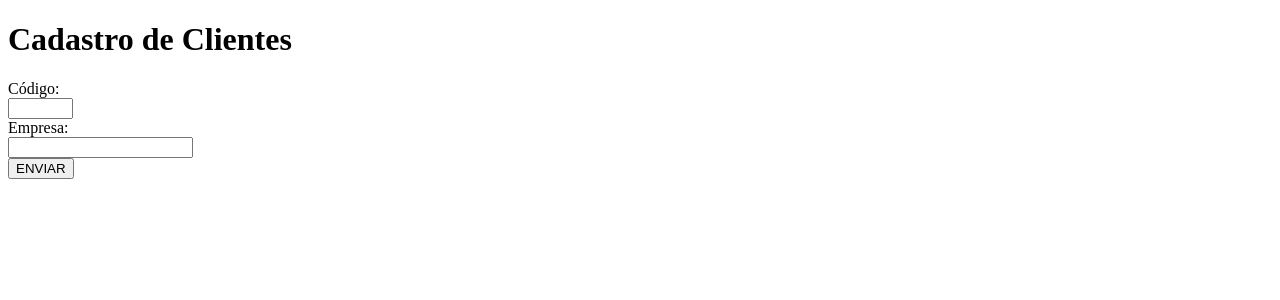
Repository: kelvincarvalho/Desenvolvimento_Java
Page: http://localhost/02_VendasJPA/cadCliente.jsp
These files come from the project's save history. The page is drawn as it stood at one moment and after the next save; the edit follows.
The browser window is 1280 px wide. The pictures show the whole page.
The page is served by Tomcat 9.

Above is the page before, as saved 2017-09-26 17:45:31.

After the next save:
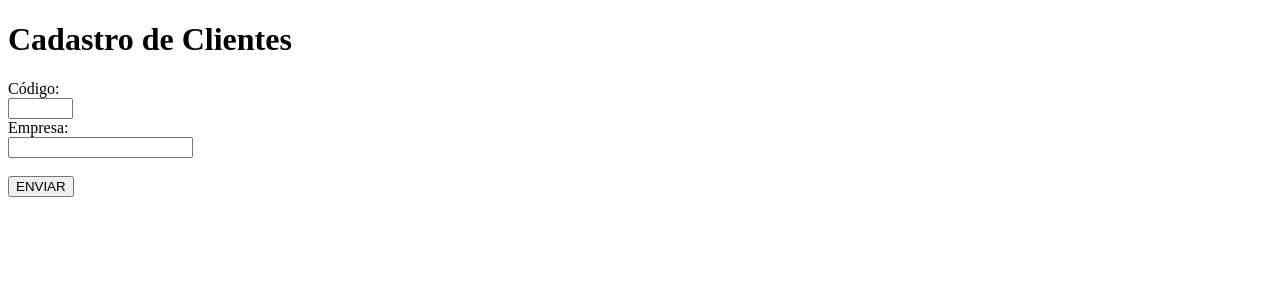
Saved 23 s later.
--- a/Modulo03/02_VendasJPA/WebContent/cadCliente.jsp
+++ b/Modulo03/02_VendasJPA/WebContent/cadCliente.jsp
@@ -12,7 +12,7 @@
 		<input type="text" name="codigo" id="codigo" size="5"/><br/>
 
 		<label>Empresa: </label><br/>
-		<input type="text" name="empresa" id="empresa" size="20"/><br/>
+		<input type="text" name="empresa" id="empresa" size="20"/><br/><br/>
 
 		<input type="submit" value="ENVIAR">
 
